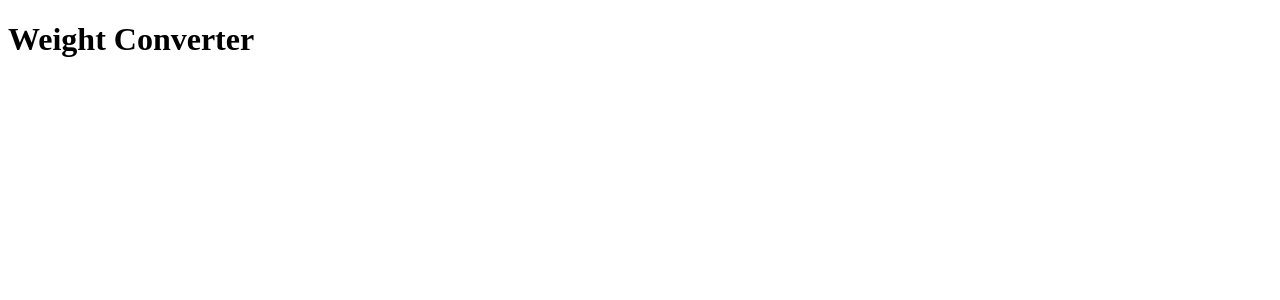
Repository: JunaidAnsari202/Weight-Converter
Page: index.html
The author's editor kept a copy of each file at every save. The page is drawn from the files as they stood at one save, then again after a run of saves.
The browser window is 1280 px wide. The pictures show the whole page.

Above is the page before, as saved 2024-10-15 20:12:46.

### index.html
<!DOCTYPE html>
<html lang="en">
<head>
    <meta charset="UTF-8">
    <meta name="viewport" content="width=device-width, initial-scale=1.0">
    <title>Weight converter</title>
    <link rel="stylesheet" href="style.css">
</head>
<body>
 <div class="container">
    <div class="header">
        <h1>Weight Converter</h1>
    </div>
    <div class="input">
        <label for="input" id="input-label"></label>
    </div>
    <div class="output"></div>

 </div>

    <script src="script.js"></script>
</body>
</html>

Loaded but not shown: style.css (no stored copy; drawn as an empty file); script.js (no stored copy; drawn as an empty file)

After the next 8 saves:
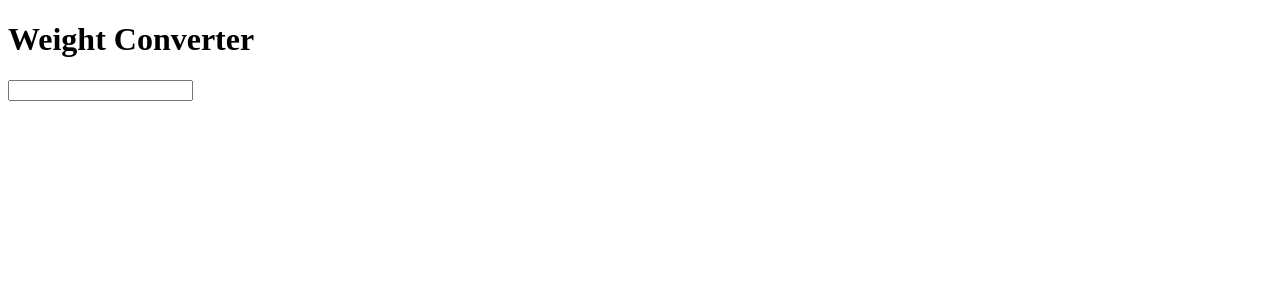
The 8 saves are shown as one change because they came seconds apart.
The last was saved 31 s later.
--- a/index.html
+++ b/index.html
@@ -14,7 +14,9 @@
     <div class="input">
         <label for="input" id="input-label"></label>
     </div>
-    <div class="output"></div>
+    <div class="output">
+        <input type="text" id="input">
+    </div>
 
  </div>
 

After the 4 saves that followed:
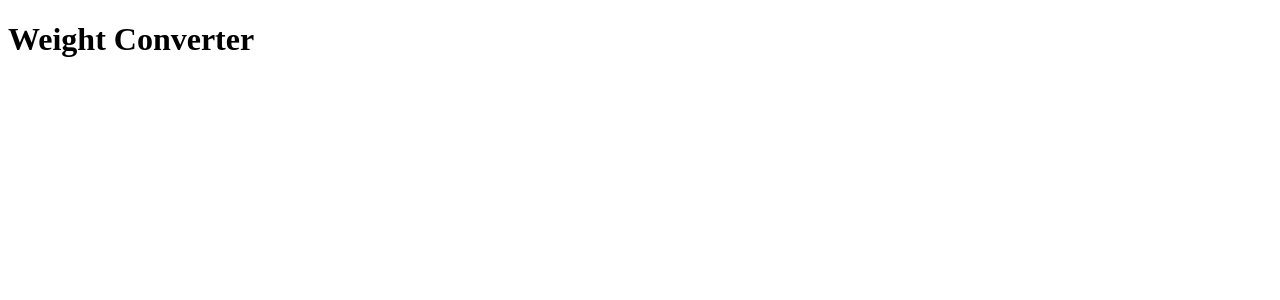
The 4 saves are shown as one change because 1 left the picture as it was and some came seconds apart.
The last was saved 41 s later.
--- a/index.html
+++ b/index.html
@@ -15,7 +15,7 @@
         <label for="input" id="input-label"></label>
     </div>
     <div class="output">
-        <input type="text" id="input">
+
     </div>
 
  </div>
